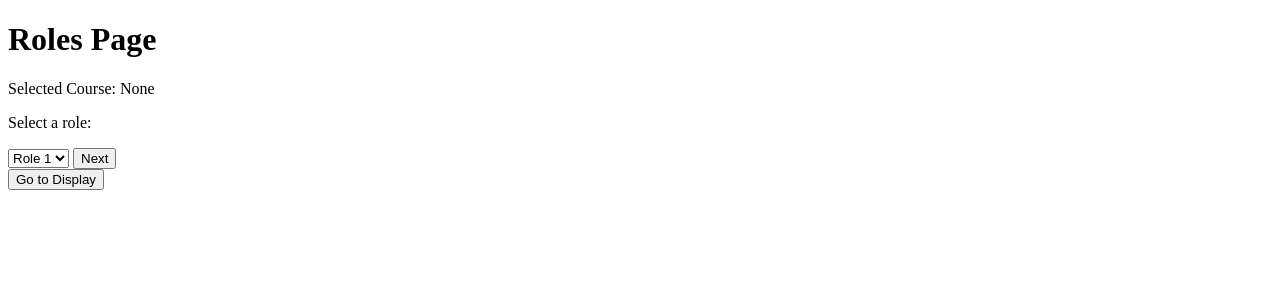
Repository: harneet862/hacked_beta
Page: http://localhost/roles
These files come from the project's save history. The page is drawn as it stood at one moment and after the next save; the edit follows.
The browser window is 1280 px wide. The pictures show the whole page.
The page is served by the project's application, run on Flask 3 (app.py). Other server files are loaded and not shown.

Above is the page before, as saved 2024-11-09 20:31:10.

### templates/roles.html
<!DOCTYPE html>
<html lang="en">
<head>
    <meta charset="UTF-8">
    <title>Roles Page</title>
</head>
<body>
    <h1>Roles Page</h1>
    <p>Selected Course: {{ selected_course }}</p>
    <p>Select a role:</p>
    <form action="{{ url_for('roles') }}" method="POST">
        <select name="dropdown">
            {% for option in options %}
                <option value="{{ option }}">{{ option }}</option>
            {% endfor %}
        </select>
        <button type="submit">Next</button>
    </form>

    <!-- Button that leads to the display page -->
    <form action="{{ url_for('display') }}" method="GET">
        <button type="submit">Go to Display</button>
    </form>
</body>
</html>

### app.py
from flask import Flask , render_template, request, redirect, url_for
from flask_sqlalchemy import SQLAlchemy
import subprocess
from user_class import User

def get_disk_uuid():
    result = subprocess.run(["diskutil", "info", "/"], stdout=subprocess.PIPE)
    output = result.stdout.decode("utf-8")
    for line in output.splitlines():
        if "Volume UUID" in line:
            return line.split(":")[-1].strip()
    return None


def get_courses(): #retrieves course list
    with open('course_list.txt', 'r') as file:
        courses = file.readlines()
    return courses

user = User() #instance of user class


app = Flask(__name__)

@app.route('/') #home route

def index():
    system_id = get_disk_uuid()

    return render_template('index.html',system_id=system_id)
 #flask knows to look for this


# Course page (new route)
@app.route("/course", methods=["POST", "GET"])
def course():
    dropdown_options = get_courses()
    if request.method == "POST":
        selected_course = request.form.get("dropdown")

        user.courseUpdate(selected_course)

        return redirect(url_for("roles", course=selected_course))
    return render_template("course.html", options=dropdown_options)

# Roles page
@app.route("/roles", methods=["POST", "GET"])
def roles():
    selected_course = request.args.get("course")
    dropdown_options = ["Role 1", "Role 2", "Role 3", "Role 4"]
    if request.method == "POST":
        selected_role = request.form.get("dropdown")

        user.roleUpdate(selected_role)

        return redirect(url_for("status", course=selected_course, role=selected_role))
    return render_template("roles.html", options=dropdown_options, selected_course=selected_course)

# Status page
@app.route("/status", methods=["POST", "GET"])
def status():
    selected_course = request.args.get("course")
    selected_role = request.args.get("role")
    dropdown_options = ["Status 1", "Status 2", "Status 3", "Status 4"]
    if request.method == "POST":
        selected_status = request.form.get("dropdown")

        user.statusUpdate(selected_status)

        return redirect(url_for("location", course=selected_course, role=selected_role, status=selected_status))
    return render_template("status.html", options=dropdown_options, selected_course=selected_course, selected_role=selected_role)

# Location page
@app.route("/location", methods=["POST", "GET"])
def location():
    selected_course = request.args.get("course")
    selected_role = request.args.get("role")
    selected_status = request.args.get("status")
    dropdown_options = ["Location 1", "Location 2", "Location 3", "Location 4"]
    if request.method == "POST":
        selected_location = request.form.get("dropdown")

        user.locationUpdate(selected_location)

        return redirect(url_for("display", course=selected_course, role=selected_role, status=selected_status, location=selected_location))
    return render_template("location.html", options=dropdown_options, selected_course=selected_course, selected_role=selected_role, selected_status=selected_status)

# Display page
@app.route("/display", methods=["GET"])
def display():
    selected_course = user.returnCourse()
    selected_role = user.returnRole()
    selected_status = user.returnStatus()
    selected_location = user.returnLocation()
    return render_template("display.html", course=selected_course, role=selected_role, status=selected_status, location=selected_location)

if __name__ == "__main__":
    app.run(debug=True)

After the next save:
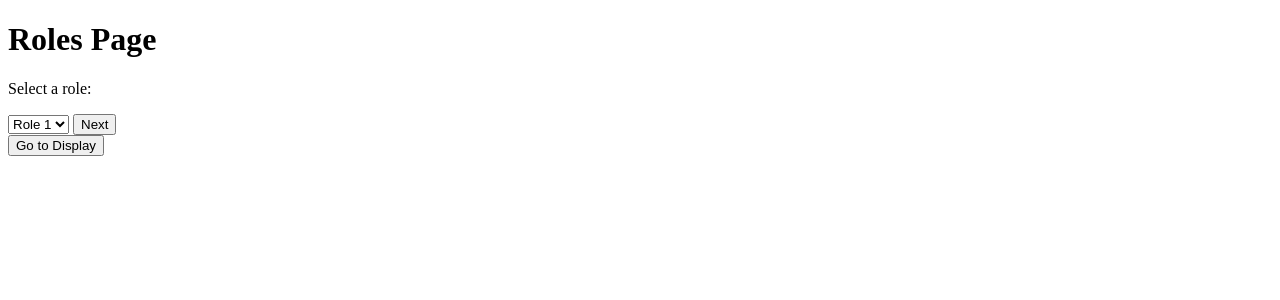
Saved 8 min 29 s later.
--- a/templates/roles.html
+++ b/templates/roles.html
@@ -6,7 +6,7 @@
 </head>
 <body>
     <h1>Roles Page</h1>
-    <p>Selected Course: {{ selected_course }}</p>
+
     <p>Select a role:</p>
     <form action="{{ url_for('roles') }}" method="POST">
         <select name="dropdown">
